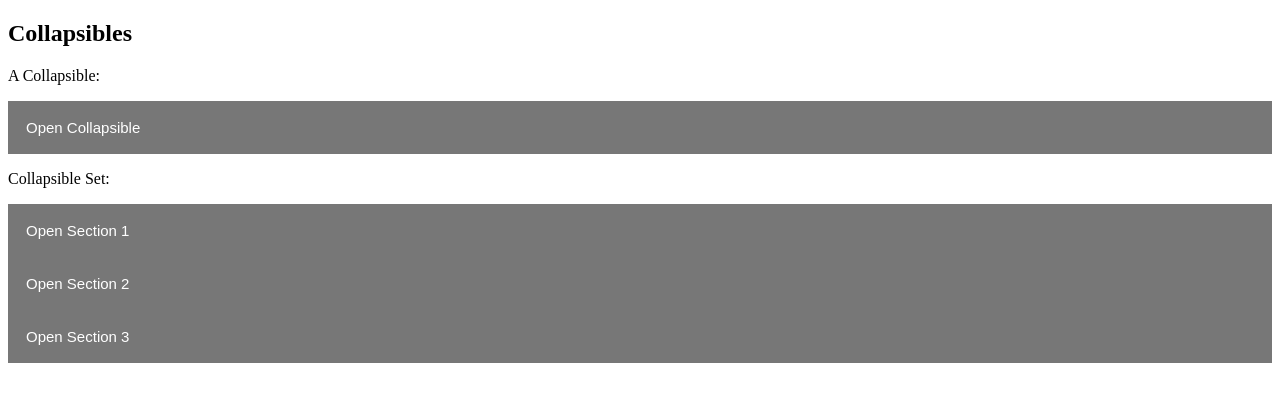
Repository: jpaisiem/WP-4
Page: index.html
These files come from the project's save history. The page is drawn as it stood at one moment and after a run of saves; the edit follows.
The browser window is 1280 px wide. The pictures show the whole page.

Above is the page before, as saved 2025-04-29 12:04:57.

### index.html
<!DOCTYPE html>
<html>
<head>
<meta name="viewport" content="width=device-width, initial-scale=1">
<style>
.collapsible {
  background-color: #777;
  color: white;
  cursor: pointer;
  padding: 18px;
  width: 100%;
  border: none;
  text-align: left;
  outline: none;
  font-size: 15px;
}

.active, .collapsible:hover {
  background-color: #555;
}

.content {
  padding: 0 18px;
  display: none;
  overflow: hidden;
  background-color: #f1f1f1;
}
</style>
</head>
<body>

<h2>Collapsibles</h2>

<p>A Collapsible:</p>
<button type="button" class="collapsible">Open Collapsible</button>
<div class="content">
  <p></p>
</div>

<p>Collapsible Set:</p>
<button type="button" class="collapsible">Open Section 1</button>
<div class="content">
  <p>Lorem ipsum dolor sit amet, consectetur adipisicing elit, sed do eiusmod tempor incididunt ut labore et dolore magna aliqua. Ut enim ad minim veniam, quis nostrud exercitation ullamco laboris nisi ut aliquip ex ea commodo consequat.</p>
</div>
<button type="button" class="collapsible">Open Section 2</button>
<div class="content">
  <p>Lorem ipsum dolor sit amet, consectetur adipisicing elit, sed do eiusmod tempor incididunt ut labore et dolore magna aliqua. Ut enim ad minim veniam, quis nostrud exercitation ullamco laboris nisi ut aliquip ex ea commodo consequat.</p>
</div>
<button type="button" class="collapsible">Open Section 3</button>
<div class="content">
  <p>Lorem ipsum dolor sit amet, consectetur adipisicing elit, sed do eiusmod tempor incididunt ut labore et dolore magna aliqua. Ut enim ad minim veniam, quis nostrud exercitation ullamco laboris nisi ut aliquip ex ea commodo consequat.</p>
</div>

<script>
var coll = document.getElementsByClassName("collapsible");
var i;

for (i = 0; i < coll.length; i++) {
  coll[i].addEventListener("click", function() {
    this.classList.toggle("active");
    var content = this.nextElementSibling;
    if (content.style.display === "block") {
      content.style.display = "none";
    } else {
      content.style.display = "block";
    }
  });
}
</script>

</body>
</html>

After the next 2 saves:
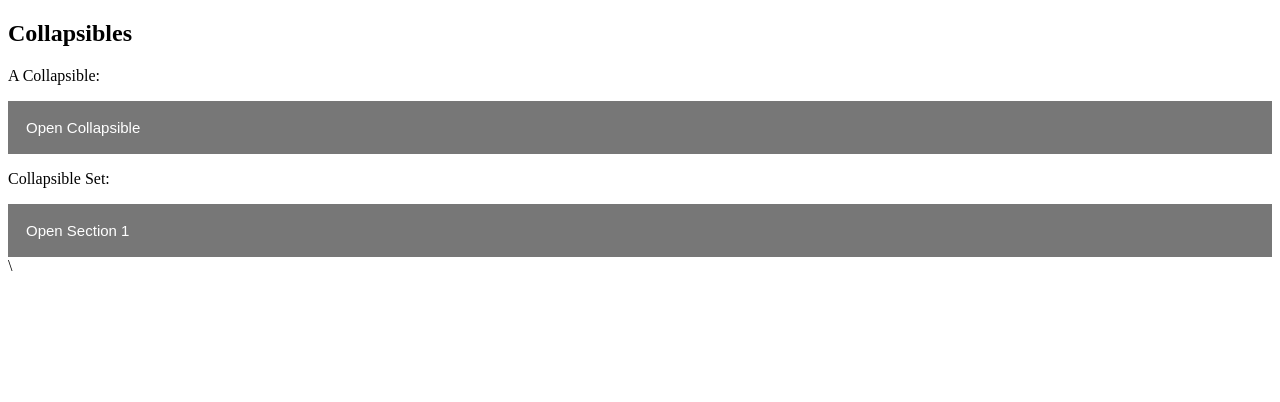
The 2 saves are shown as one change because they came seconds apart.
The last was saved 16 s later.
--- a/index.html
+++ b/index.html
@@ -38,19 +38,7 @@
 </div>
 
 <p>Collapsible Set:</p>
-<button type="button" class="collapsible">Open Section 1</button>
-<div class="content">
-  <p>Lorem ipsum dolor sit amet, consectetur adipisicing elit, sed do eiusmod tempor incididunt ut labore et dolore magna aliqua. Ut enim ad minim veniam, quis nostrud exercitation ullamco laboris nisi ut aliquip ex ea commodo consequat.</p>
-</div>
-<button type="button" class="collapsible">Open Section 2</button>
-<div class="content">
-  <p>Lorem ipsum dolor sit amet, consectetur adipisicing elit, sed do eiusmod tempor incididunt ut labore et dolore magna aliqua. Ut enim ad minim veniam, quis nostrud exercitation ullamco laboris nisi ut aliquip ex ea commodo consequat.</p>
-</div>
-<button type="button" class="collapsible">Open Section 3</button>
-<div class="content">
-  <p>Lorem ipsum dolor sit amet, consectetur adipisicing elit, sed do eiusmod tempor incididunt ut labore et dolore magna aliqua. Ut enim ad minim veniam, quis nostrud exercitation ullamco laboris nisi ut aliquip ex ea commodo consequat.</p>
-</div>
-
+<button type="button" class="collapsible">Open Section 1</button>\
 <script>
 var coll = document.getElementsByClassName("collapsible");
 var i;
